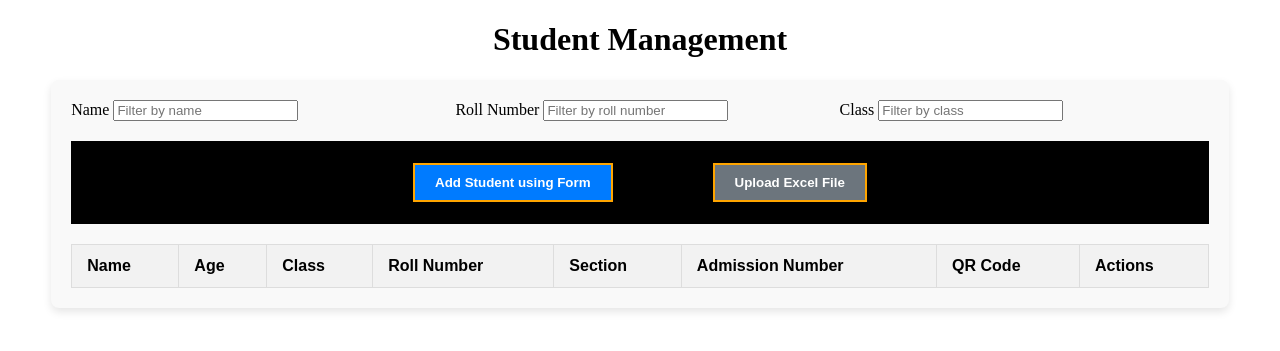
Repository: Hitesh8980/Student_Management
Page: / (app in Front-end/)
These files come from the project's save history. The page is drawn as it stood at one moment and after the next save; the edit follows.
The browser window is 1280 px wide. The pictures show the whole page.
The page's requests for data from a server got no answer. The project was rebuilt for these pictures with package versions that can differ from the ones it lists, and the page was loaded fresh each time. No one was signed in, and anything a server would have sent is missing. Also part of the build but not shown: Front-end/vite.config.js, Front-end/src/components/QrcodeGenerator.jsx, Front-end/src/components/StudentForm.jsx, Front-end/src/components/Fileupload.jsx.

Above is the page before, as saved 2024-09-18 17:02:16.

### Front-end/src/App.jsx
import React, { useState, useEffect } from 'react';
import axios from 'axios';
import StudentList from './components/Studentlist';

function App() {
  const [students, setStudents] = useState([]);

  useEffect(() => {
    fetchStudents();
  }, []);

  const fetchStudents = async () => {
    try {
      const response = await axios.get('http://localhost:5000/api/students');
      setStudents(response.data.students);
    } catch (error) {
      console.error('Error fetching students:', error);
    }
  };

  return (
    <div>
      <h1 style={{ textAlign: 'center' }}>Student Management</h1>

      {/* Student List Table */}
      <StudentList students={students} />
    </div>
  );
}

export default App;

### Front-end/src/index.css
/* Container around the table */
.table-container {
  margin: 20px auto;
  width: 90%;
  max-width: 1200px;
  background-color: #f9f9f9;
  padding: 20px;
  box-shadow: 0 4px 8px rgba(0, 0, 0, 0.1);
  border-radius: 8px;
}

/* Table design */
.student-table {
  width: 100%;
  border-collapse: collapse;
  font-family: 'Arial', sans-serif;
}

.student-table thead {
  background-color: #4CAF50;
  color: black;
  text-align: 'center';
}

.student-table th, .student-table td {
  padding: 12px 15px;
  border: 1px solid #ddd;
  text-align: left;
}

/* Alternating row colors */
.student-table tr:nth-child(odd) {
  background-color: #f2f2f2;
}

.student-table tr:nth-child(even) {
  background-color: #ffffff;
}

/* Hover effect for rows */
.student-table tr:hover {
  background-color: #d1e7dd;
}

/* Responsive for small screens */
@media (max-width: 768px) {
  .student-table thead {
    display: none;
  }

  .student-table, .student-table tbody, .student-table tr, .student-table td {
    display: block;
    width: 100%;
  }

  .student-table tr {
    margin-bottom: 15px;
  }

  .student-table td {
    text-align: right;
    padding-left: 50%;
    position: relative;
  }

  .student-table td::before {
    content: attr(data-label);
    position: absolute;
    left: 10px;
    width: 45%;
    padding-right: 10px;
    text-align: left;
    font-weight: bold;
  }
}

### Front-end/src/components/Studentlist.jsx
import React, { useState, useEffect } from "react";
import { Table, Button, Form, Collapse, Row, Col } from "react-bootstrap";
import QRCodeGenerator from "./QrcodeGenerator";
import StudentForm from "./StudentForm";
import FileUpload from "./Fileupload";
import axios from "axios";
import "../index.css";

function StudentList() {
  const [students, setStudents] = useState([]);
  const [filteredStudents, setFilteredStudents] = useState([]);
  const [filters, setFilters] = useState({
    name: "",
    rollNumber: "",
    class: "",
  });

  const [showForm, setShowForm] = useState(false);
  const [showFileUpload, setShowFileUpload] = useState(false);

  useEffect(() => {
    fetchStudents();
  }, []);

  useEffect(() => {
    setFilteredStudents(students);
    applyFilters();
  }, [students, filters]);

  const fetchStudents = async () => {
    try {
      const response = await axios.get("http://localhost:5000/api/students");
      const studentData = Array.isArray(response.data.students)
        ? response.data.students
        : [];
      setStudents(studentData);
      setFilteredStudents(studentData);
    } catch (error) {
      console.error("Error fetching students:", error);
    }
  };

  const handleFilterChange = (e) => {
    const { name, value } = e.target;
    setFilters((prev) => ({ ...prev, [name]: value }));
  };

  const applyFilters = () => {
    if (!Array.isArray(students)) return;

    const { name, rollNumber, class: studentClass } = filters;

    const filtered = students.filter((student) => {
      return (
        (name === "" ||
          student.name?.toLowerCase().includes(name.toLowerCase())) &&
        (rollNumber === "" ||
          student.rollNumber
            ?.toLowerCase()
            .includes(rollNumber.toLowerCase())) &&
        (studentClass === "" ||
          student.class?.toLowerCase().includes(studentClass.toLowerCase()))
      );
    });

    setFilteredStudents(filtered);
  };

  const handleDelete = async (id) => {
    try {
      await axios.delete(`http://localhost:5000/api/students/${id}`);
      fetchStudents();
    } catch (error) {
      console.error("Error deleting student:", error);
    }
  };

  const toggleForm = () => setShowForm((prev) => !prev);
  const toggleFileUpload = () => setShowFileUpload((prev) => !prev);

  return (
    <div className="table-container">
      {/* Filter Form */}
      <Form className="filter-form" style={{ display: 'flex', flexWrap: 'wrap', gap: '15px', justifyContent: 'space-between' }}>
  <Form.Group controlId="filterName" style={{ flex: '1 1 30%' }}>
    <Form.Label>Name  </Form.Label>
    <Form.Control
      type="text"
      placeholder="Filter by name"
      name="name"
      value={filters.name}
      onChange={handleFilterChange}
    />
  </Form.Group>

  <Form.Group controlId="filterRollNumber" style={{ flex: '1 1 30%' }}>
    <Form.Label>Roll Number  </Form.Label>
    <Form.Control
      type="text"
      placeholder="Filter by roll number"
      name="rollNumber"
      value={filters.rollNumber}
      onChange={handleFilterChange}
    />
  </Form.Group>

  <Form.Group controlId="filterClass" style={{ flex: '1 1 30%' }}>
    <Form.Label>Class </Form.Label>
    <Form.Control
      type="text"
      placeholder="Filter by class"
      name="class"
      value={filters.class}
      onChange={handleFilterChange}
    />
  </Form.Group>
</Form>

      {/* Buttons to toggle forms */}
      <div
  className="button-group"
  style={{
    margin: "20px 0",
    padding: "20px",
    border: "2px solid black",
    backgroundColor: "black",
    display: "flex",
    justifyContent: "center", // Center the buttons
    gap: "100px", // Add space between buttons
  }}
>
  <Button
    variant="primary"
    onClick={toggleForm}
    style={{
      backgroundColor: "#007bff",
      border: "2px solid orange", // Orange border
      color: "#fff",
      padding: "10px 20px", // Increase size
      fontWeight: "bold", // Make text bold
      transition: "all 0.3s ease", // Smooth transition on hover
    }}
  >
    Add Student using Form
  </Button>
  <Button
    variant="secondary"
    onClick={toggleFileUpload}
    style={{
      backgroundColor: "#6c757d",
      border: "2px solid orange", // Orange border
      color: "#fff",
      padding: "10px 20px", // Increase size
      fontWeight: "bold",
      transition: "all 0.3s ease",
    }}
  >
    Upload Excel File
  </Button>
</div>

      {/* Conditionally rendering the Student Form */}
      {showForm && (
        <Collapse in={showForm}>
          <div>
            <StudentForm fetchStudents={fetchStudents} />
          </div>
        </Collapse>
      )}

      {/* Conditionally rendering the File Upload Form */}
      {showFileUpload && (
        <Collapse in={showFileUpload}>
          <div>
            <FileUpload fetchStudents={fetchStudents} />
          </div>
        </Collapse>
      )}

      {/* Student Table */}
      <Table striped bordered hover responsive className="student-table">
        <thead>
          <tr>
            <th>Name</th>
            <th>Age</th>
            <th>Class</th>
            <th>Roll Number</th>
            <th>Section</th>
            <th>Admission Number</th>
            <th>QR Code</th>
            <th>Actions</th>
          </tr>
        </thead>
        <tbody>
          {filteredStudents.map((student) => (
            <tr key={student.admissionNumber}>
              <td>{student.name}</td>
              <td>{student.age}</td>
              <td>{student.class}</td>
              <td>{student.rollNumber}</td>
              <td>{student.section}</td>
              <td>{student.admissionNumber}</td>
              <td>
                <QRCodeGenerator value={student.admissionNumber} />
              </td>
              <td>
                <Button
                  variant="danger"
                  onClick={() => handleDelete(student.admissionNumber)}
                >
                  Delete
                </Button>
              </td>
            </tr>
          ))}
        </tbody>
      </Table>
    </div>
  );
}

export default StudentList;

Loaded but not shown: Front-end/index.html (common file); Front-end/src/main.jsx (common file)

After the next save:
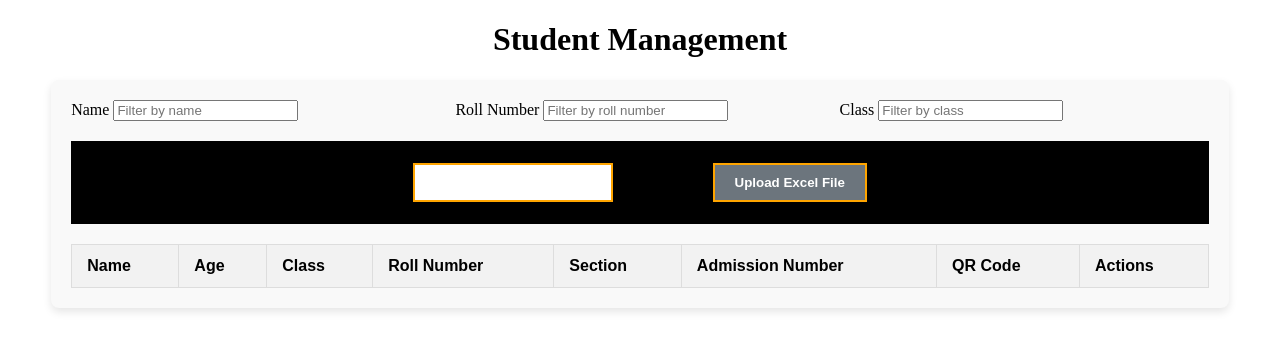
Saved 21 s later.
--- a/Front-end/src/components/Studentlist.jsx
+++ b/Front-end/src/components/Studentlist.jsx
@@ -133,7 +133,7 @@ function StudentList() {
     variant="primary"
     onClick={toggleForm}
     style={{
-      backgroundColor: "#007bff",
+      backgroundColor: "white",
       border: "2px solid orange", // Orange border
       color: "#fff",
       padding: "10px 20px", // Increase size
